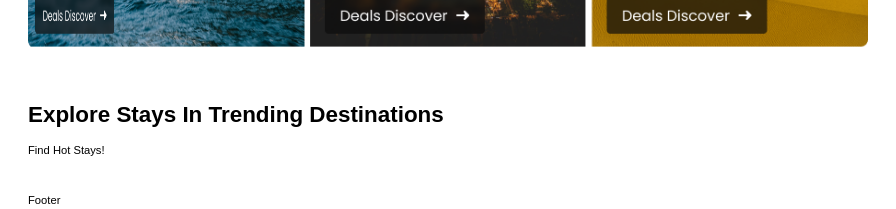
Repository: Quynhhuong150322/DIKO_STUDY_TRAVEL_WEB
Page: /
The author's editor kept a copy of each file at every save. The page is drawn from the files as they stood at one save, then again after the next save.
The browser window is 1280 px wide. The pictures show the part of the page from y = 1442 to 3362 px (the page is 1740 px tall before and 8042 px after), at 70% of full size.
The project was rebuilt for these pictures with package versions that can differ from the ones it lists, and the page was loaded fresh each time. Also part of the build but not shown: src/components/Login.js, src/components/Register.js. Imported but missing from the stored project, and not drawn on this page: src/redux/slices/authSlice.

Above is the page before, as saved 2024-02-23 11:10:02.

After the next save:
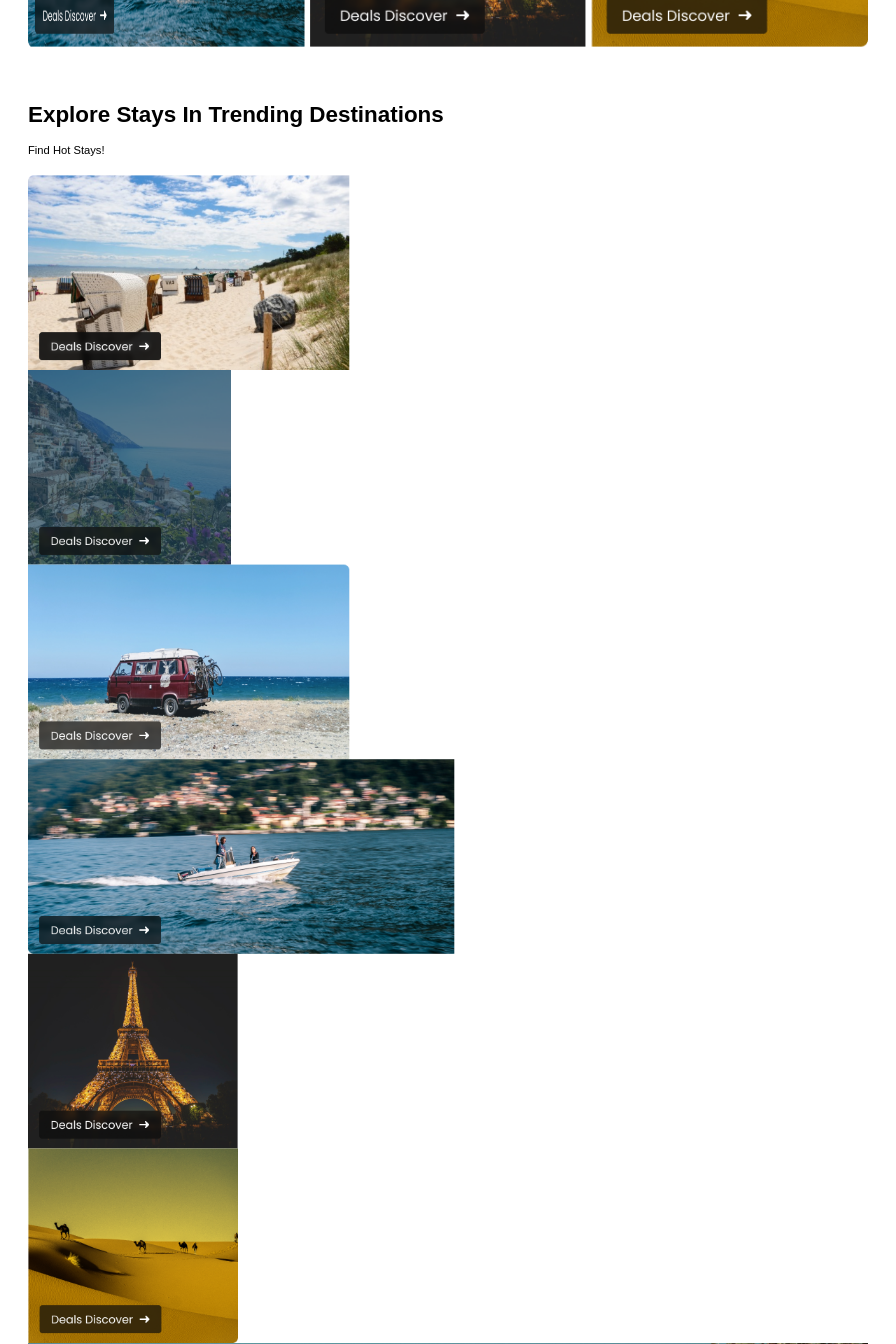
Saved 2 min 50 s later.
--- a/src/pages/LangdingPage/Langding.js
+++ b/src/pages/LangdingPage/Langding.js
@@ -243,7 +243,13 @@ const Langding = () => {
         {/* ImageCard */}
         <div className=''>
           <div className=''>
-
+            {
+              ListCard.map((data) => (
+                <div className=''>
+                  <img src={data.img} alt="" />
+                </div>
+              ))
+            }
           </div>
         </div>
       </div>
